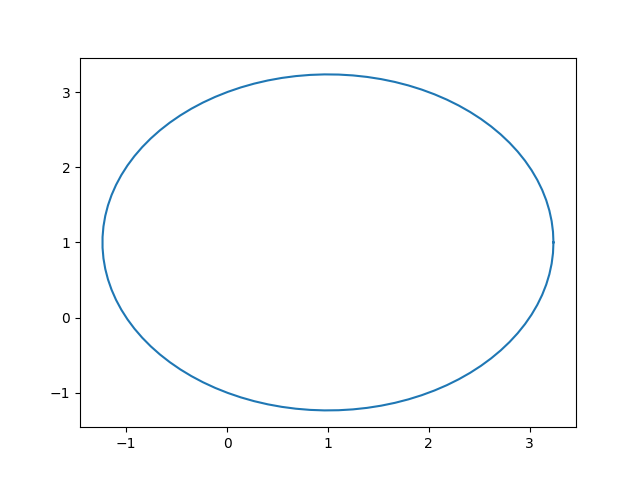
Repository: lbylzkx/Circle-Point-Manuscript
Script's output: python draw_circle_by_point.py
These files come from the project's save history. The script's output is drawn as it stood at one moment and after the next save; the edit follows.
Random numbers start from a fixed seed.

Above is the script's output before, as saved 2023-09-20 10:47:20.

### draw_circle_by_point.py
import matplotlib.pyplot as plt
import numpy as np

# 给定点的坐标
center = (1, 1)
# 圆周上一点的坐标
point_on_circle = (2, 3)

# 计算圆的半径
radius = np.sqrt((point_on_circle[0] - center[0])
                 ** 2 + (point_on_circle[1] - center[1]) ** 2)

# 生成圆上的点
theta = np.linspace(0, 2 * np.pi, 100)
x = center[0] + radius * np.cos(theta)
y = center[1] + radius * np.sin(theta)

# 绘制图形
plt.plot(x, y)
# plt.axis('equal')
# plt.xlabel('x')
# plt.ylabel('y')
# plt.title('Circle')
# plt.grid(True)
plt.show()

After the next save:
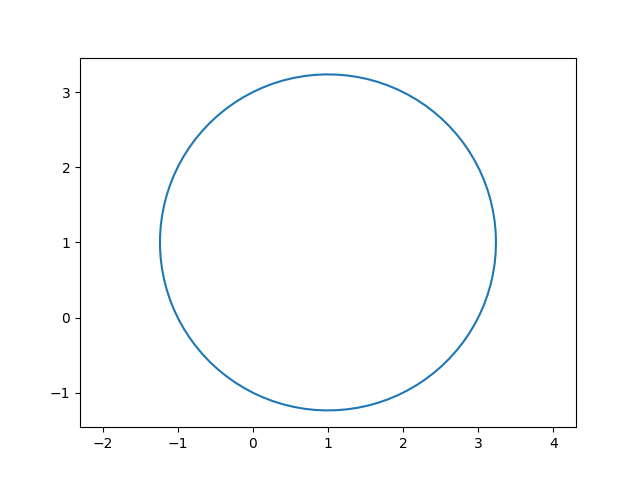
Saved 2 min 11 s later.
--- a/draw_circle_by_point.py
+++ b/draw_circle_by_point.py
@@ -17,7 +17,7 @@ y = center[1] + radius * np.sin(theta)
 
 # 绘制图形
 plt.plot(x, y)
-# plt.axis('equal')
+plt.axis('equal')
 # plt.xlabel('x')
 # plt.ylabel('y')
 # plt.title('Circle')
